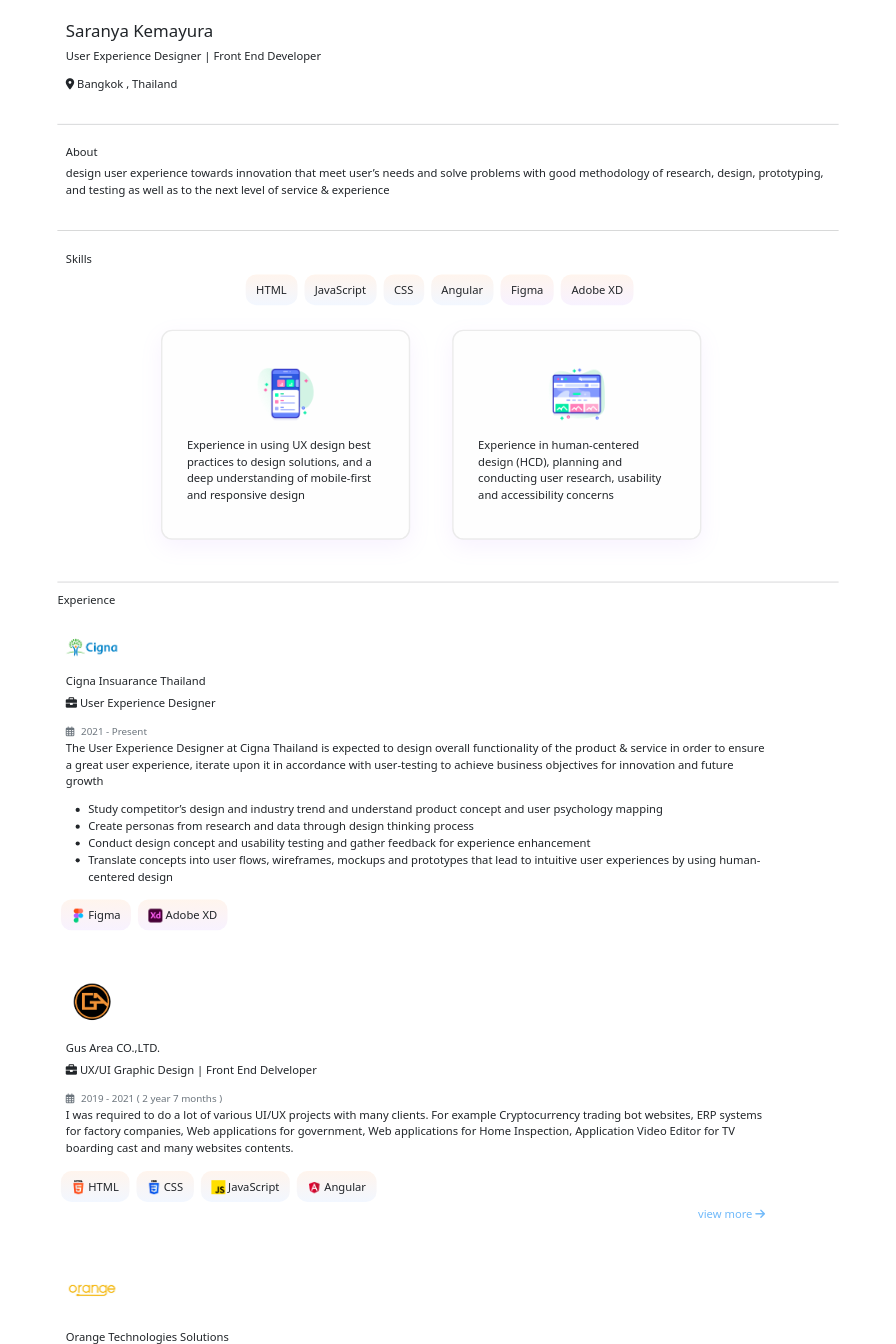
Repository: 0910th/portfolio
Page: index.html
These files come from the project's save history. The page is drawn as it stood at one moment and after the next save; the edit follows.
The browser window is 1280 px wide. The pictures show the part of the page from y = 0 to 1920 px (the page is 2951 px tall), at 70% of full size.

Above is the page before, as saved 2022-12-23 16:46:26.

### index.html
<!doctype html>
<html lang="en">

<head>
    <meta charset="utf-8">
    <meta name="viewport" content="width=device-width, initial-scale=1">
    <title>Saranya Portfolio</title>

    <link href="./css/bootstrap.min.css" rel="stylesheet" crossorigin="anonymous">
    <link href="./css/mystyle.css" rel="stylesheet" crossorigin="anonymous">
    <!--font awesome -->
    <link rel="stylesheet" href="./fontawesome/css/all.css" type="text/css">
    <link rel="stylesheet" href="./fontawesome/css/fontawesome.css">
    <link rel="stylesheet" href="./fontawesome/css/brands.css">
    <link rel="stylesheet" href="./fontawesome/css/solid.css">
</head>

<body>

    <div class="container-md">
        <!-- Content here -->
        <!-- section01 Name  -->
        <div class="row mg-30">
            <h4>Saranya Kemayura</h4>
            <p>User Experience Designer | Front End Developer</p>
            <p><i class="fa-solid fa-location-dot"></i> Bangkok , Thailand </p>
        </div>
        <hr>
        <div class="row mg-30 bg-gradient-head">

            <h6>About</h6>
            <p>design user experience towards innovation that meet user’s needs and solve problems with good methodology of
                research,
                design, prototyping, and testing as well as to the next level of service & experience</p>
        </div>
        <hr>
        <div class="row mg-30">
            <h6>Skills</h6>
            <div class="row justify-content-center">
                <div class="badge-text code">HTML</div>
                <div class="badge-text code">JavaScript</div>
                <div class="badge-text code">CSS</div>
                <div class="badge-text code">Angular</div>
                <div class="badge-text design">Figma</div>
                <div class="badge-text design">Adobe XD</div>
            </div>


            <div class="row">
                <div class="row justify-content-center">
                    <div class="col-md-4 col-sm-6 col-sx-12 card-skills">
                        <img class="card-icon" src="/images/user-interface.png">
                        Experience in using UX design best practices to design solutions, and a deep understanding of mobile-first and
                        responsive design
                    </div>
                    <div class="col-md-4 col-sm-6 col-sx-12 card-skills">
                        <img class="card-icon" src="/images/user-interface-research.png">
                        Experience in human-centered design (HCD), planning and conducting user research, usability and accessibility concerns
                    </div>
                </div>
            </div>

        </div>
        <hr>
        <div class="row">

            <h6>Experience</h6>
            <div class="row mg-30 vertical-line">
                <div class="col">
                    <img class="office-logo" src="/images/cignalogo.png">
                </div>
                <div class="col-11">
                    <h6> Cigna Insuarance Thailand </h6>
                    <p><i class="fa-solid fa-briefcase"></i> User Experience Designer </p>
                    <small class="text-muted"> <i class="fa-regular fa-calendar-days"></i> 2021 - Present </small>

                    <p > The User Experience Designer at Cigna Thailand is expected to design overall functionality of the product & service in
                    order to ensure a great user experience, iterate upon it in accordance with user-testing to achieve business objectives
                    for innovation and future growth </p>
                        <ul>
                            <li>Study competitor’s design and industry trend and understand product concept and user psychology mapping</li>
                            <li>Create personas from research and data through design thinking process</li>
                            <li>Conduct design concept and usability testing and gather feedback for experience enhancement</li>
                            <li>Translate concepts into user flows, wireframes, mockups and prototypes that lead to intuitive user experiences by
                            using human-centered design</li>
                        </ul>
                        <div class="row">
                            <div class="badge-text design"><img src="/images/figma.png" class="icon-logo"> Figma </div>
                            <div class="badge-text design"><img src="/images/xd.png" class="icon-logo"> Adobe XD </div>

                        </div>
                </div>

            </div>
            <div class="row mg-30 vertical-line">
                <div class="col">
                    <img class="office-logo" src="/images/guslogo.png">
                </div>
                <div class="col-11">
                    <h6> Gus Area CO.,LTD.   </h6>
                    <p> <i class="fa-solid fa-briefcase"></i> UX/UI Graphic Design | Front End Delveloper </p>
                    <small class="text-muted"> <i class="fa-regular fa-calendar-days"></i> 2019 - 2021 ( 2 year 7 months ) </small>

                    <p> I was required to do a lot of various UI/UX projects with many clients. For example Cryptocurrency trading bot websites,
                    ERP systems for factory companies, Web applications for government, Web applications for Home Inspection, Application
                    Video Editor for TV boarding cast and many websites contents.  </p>
                    <div class="row">
                        <div class="badge-text code"><img src="/images/html-5.png" class="icon-logo"> HTML </div>
                        <div class="badge-text code"><img src="/images/css-3.png" class="icon-logo"> CSS </div>
                        <div class="badge-text code"><img src="/images/js.png" class="icon-logo"> JavaScript </div>
                        <div class="badge-text code"><img src="/images/angular.png" class="icon-logo"> Angular </div>
                    </div>
                    <div class="align-end">
                        <a href="https://drive.google.com/file/d/1GT6gE9DtqS3qcQ0BoRsfJf4KunN4CFvU/view?usp=share_link" target="_blank"> view
                            more <i class="fa-sharp fa-solid fa-arrow-right"></i> </a>
                    </div>

                </div>

            </div>
            <div class="row mg-30 vertical-line">
                <div class="col">
                    <img class="office-logo" src="/images/orangelogo.jpg">
                </div>
                <div class="col-11">
                    <h6> Orange Technologies Solutions   </h6>
                    <p> <i class="fa-solid fa-briefcase"></i> Graphics Design </p>
                    <small class="text-muted"> <i class="fa-regular fa-calendar-days"></i> 2018 ( 3 months Internship ) </small>

                    <p> Determining the structure and design of web pages and made
                        ensuring web design is optimized for smartphones. Utilizing a variety of
                        markup languages to write web pages. Support customer in maintenance
                        service program. </p>
                    <div class="row">
                        <div class="badge-text code"><img src="/images/html-5.png" class="icon-logo"> HTML </div>
                        <div class="badge-text code"><img src="/images/css-3.png" class="icon-logo"> CSS </div>
                    </div>
                    <div class="align-end">
                        <a href="https://drive.google.com/file/d/1MODC7KRE6SoKk1lN0rvdMFdlt3xqDC_x/view?usp=sharing" target="_blank"> view
                            more <i class="fa-sharp fa-solid fa-arrow-right"></i> </a>
                    </div>
                </div>

            </div>
            <div class="row mg-30 vertical-line">
                <div class="col">
                    <img class="office-logo" src="/images/siamlogo.jpg">
                </div>
                <div class="col-11">
                    <h6> Siam University </h6>
                    <p> <i class="fa-solid fa-graduation-cap"></i> Bachelor of Science,Computer Science </p>
                    <small class="text-muted"> <i class="fa-regular fa-calendar-days"></i> Jun 2014 - Oct 2018 </small>

                    <div class="row mg-30">
                        <div class="col-md-2"> Project Name </div>
                        <div class="col-md-10"> Web application management of data for cooperation and public
                        relations. </div>
                    </div>
                    <div class="row mg-30">
                        <div class="col-md-2"> Description </div>
                        <div class="col-md-10"> Manage Co-Operated Case Study For Baan Fah Green Park Royal
                            Thonburirom </div>
                    </div>
                    <div class="row mg-30">
                        <div class="col-md-2"> Responsibilities </div>
                        <div class="col-md-10"> Front-End, UX/UI Design, System Algorithm Design, Project Management. </div>
                    </div>
                    <div class="row">
                        <div class="row">
                            <div class="badge-text code"><img src="/images/html-5.png" class="icon-logo"> HTML </div>
                            <div class="badge-text code"><img src="/images/css-3.png" class="icon-logo"> CSS </div>
                            <div class="badge-text code"><img src="/images/js.png" class="icon-logo"> JavaScript </div>
                            <div class="badge-text code"><img src="/images/angular.png" class="icon-logo"> Angular </div>
                            <div class="badge-text code"><img src="/images/firebaselogo.png" class="icon-logo"> Firebase </div>

                        </div>
                    </div>
                    <div class="align-end">
                        <a href="https://drive.google.com/file/d/1-WiQ9sEVFjpiMQZhy3hezphQuEG-YV4b/view?usp=sharing" target="_blank"> view more <i class="fa-sharp fa-solid fa-arrow-right"></i> </a>
                    </div>
                </div>

            </div>
        </div>
        <hr>
        <h6>Licenses & Certificate</h6>
        <div class="row">


                <div class="col-md-6 mg-30">
                    <div class="row">
                        <div class="col-md-2">
                            <img class="office-logo" src="/images/tdclogo.jpg">
                        </div>
                        <div class="col-md-10">
                            <h6>User Experience UX(Design):Design Solutions for your Users</h6>
                            <p>Thammasat Design Center (TDC)</p>
                            <small class="text-muted"> Issued Feb 2022 </small>
                            <div class="">
                                <a class="btn btn-outline-primary"
                                    href="https://drive.google.com/file/d/1K9nLmPM9IpYpREJaLTQpupgg0pyApNxf/view?usp=sharing" target="_blank">Show
                                    credential <i class="fa-solid fa-up-right-from-square"></i> </a>
                            </div>
                        </div>
                    </div>

                </div>
                <div class="col-md-6 mg-30">
                    <div class="row">
                        <div class="col-md-2">
                            <img class="office-logo" src="/images/skooldiologo.jpg">
                        </div>
                        <div class="col-md-10">
                            <h6>UX Writing</h6>
                            <p>Skooldio (TDC)</p>
                            <small class="text-muted"> Issued Dec 2022 </small>
                            <div class="">
                                <a class="btn btn-outline-primary" href="https://drive.google.com/file/d/1BEAHY4evkZaUVi4WXsF9LlQV7Dov4a3x/view?usp=sharing" target="_blank">Show credential <i class="fa-solid fa-up-right-from-square"></i> </a>
                            </div>
                        </div>
                    </div>

                </div>

        </div>

    </div>

    <!-- script -->
    <script src="https://cdn.jsdelivr.net/npm/@popperjs/core@2.11.6/dist/umd/popper.min.js"
        integrity="sha384-oBqDVmMz9ATKxIep9tiCxS/Z9fNfEXiDAYTujMAeBAsjFuCZSmKbSSUnQlmh/jp3"
        crossorigin="anonymous"></script>
    <script src="https://cdn.jsdelivr.net/npm/bootstrap@5.2.3/dist/js/bootstrap.min.js"
        integrity="sha384-cuYeSxntonz0PPNlHhBs68uyIAVpIIOZZ5JqeqvYYIcEL727kskC66kF92t6Xl2V"
        crossorigin="anonymous"></script>
</body>

</html>

### css/mystyle.css
/*
body {
   background-color:  #f2f6ff;
} */
.text-right {
    text-align: right;
}
.mg-30 {
    margin: 30px 0px;
}
.purple-deep {
    color: #2626bc;
}
.purple-light {
    color: #6583fe;
}
.badge-text {
    padding: 10px 15px;
    margin: 5px 5px;
    text-align: justify;
    vertical-align: middle;
    width: max-content;
    border-radius: 15px;

}
.badge-text.code {
    background-color: #f0f8ff;
    background: linear-gradient(180deg,rgba(255,153,80,.1),rgba(129, 177, 255, 0.1));
}
.badge-text.design {
    background-color: #fff3b7;
    background: linear-gradient(180deg,rgba(255,153,80,.1),rgba(184,129,255,.1));

}
.card-skills{
    background: #fefefe;
    border-radius: 16px;
    border: 2px solid #ebebeb;
    padding: 50px 35px;
    margin: 30px;
    box-shadow: 0 10px 30px rgba(184,129,255,.1);
}
.card-icon {
    text-align: center;
    display: block;
    width: 80px;
    height: auto;
    margin-left: auto;
    margin-right: auto;
    margin-bottom: 20px;
}
.icon-logo {
    max-width: 20px;
    height: auto;
}
.office-logo {
    max-width: 75px;
    margin-bottom: 20px;
}
.align-end {
    text-align: right;
}
.align-end a {
    text-decoration: none;
    color: #6fb9fa;
}
.align-end a:hover {
    color:#54adfa;
}
small > i {
    margin-right: 6px;
}
a.btn.btn-outline-primary {
    margin: 10px 0;
    color:  #6fb9fa;
    border: 2px solid #6fb9fa;

}
a.btn.btn-outline-primary:hover {
    color:  #ffffff;
    border-color: #54adfa;
    background-color:  #54adfa;
}
@media (max-width:450px) {
    .vertical-line {
        border-left: 2px solid #e3e3e3;
        margin-left: 15px;
    }
}

Loaded but not shown: css/bootstrap.min.css (library); fontawesome/css/all.css (library); fontawesome/css/fontawesome.css (library); fontawesome/css/solid.css (common file); fontawesome/css/brands.css (1432 lines, source omitted)

After the next save:
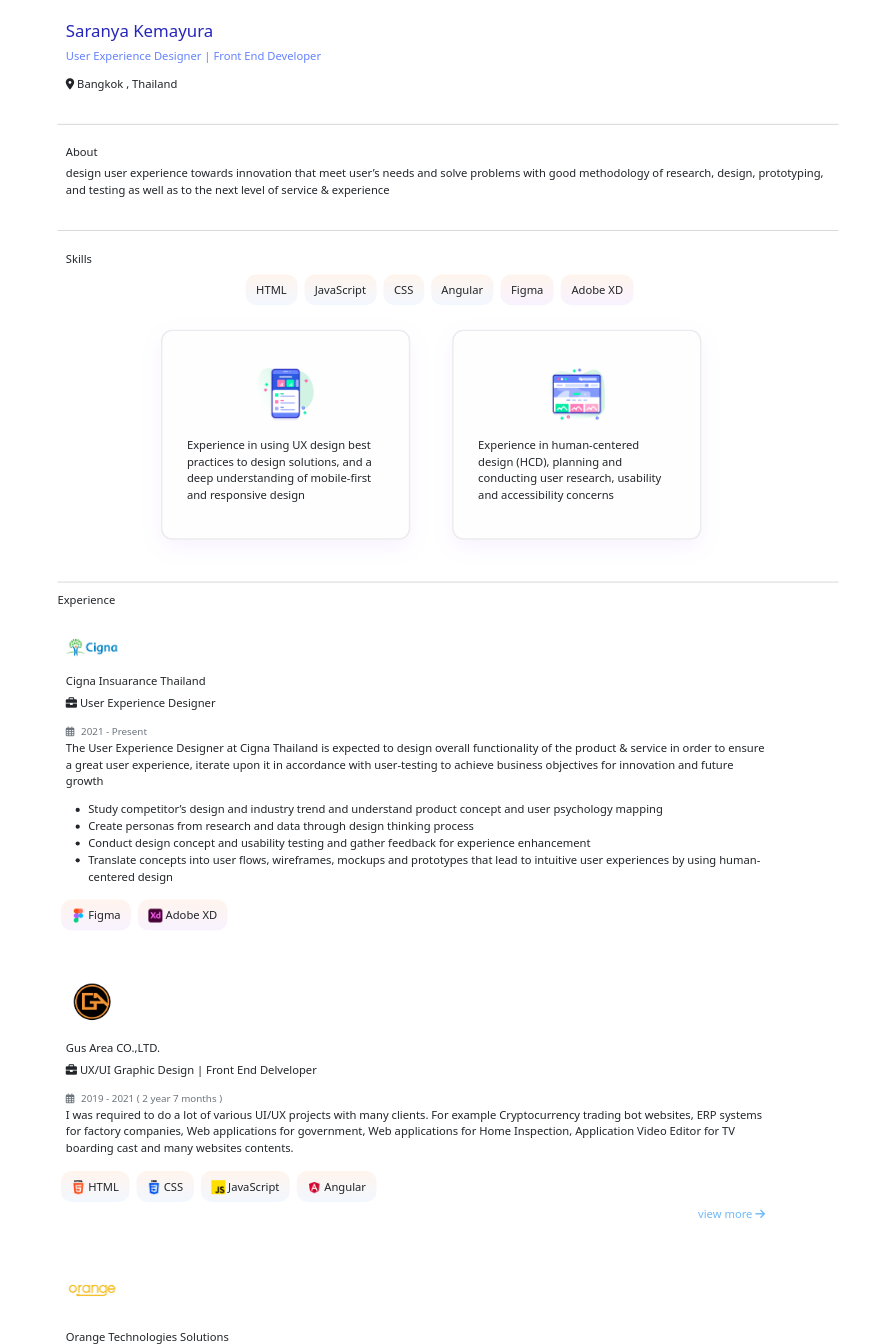
Saved 9 s later.
--- a/index.html
+++ b/index.html
@@ -21,8 +21,8 @@
         <!-- Content here -->
         <!-- section01 Name  -->
         <div class="row mg-30">
-            <h4>Saranya Kemayura</h4>
-            <p>User Experience Designer | Front End Developer</p>
+            <h4 class="purple-deep">Saranya Kemayura</h4>
+            <p class="purple-light">User Experience Designer | Front End Developer</p>
             <p><i class="fa-solid fa-location-dot"></i> Bangkok , Thailand </p>
         </div>
         <hr>
